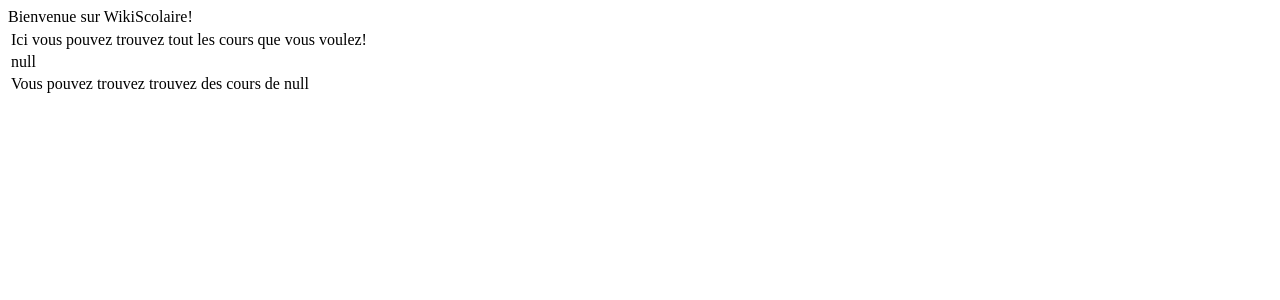
Repository: AntoAnt/WikiScolaire-
Page: http://localhost/InterfaceWikiScolair/accueil.jsp
An editor plug-in stored every save of this project. The page is shown before and after the next save, followed by the edit.
The browser window is 1280 px wide. The pictures show the whole page.
The page is served by Tomcat 9.

Above is the page before, as saved 2017-04-20 12:30:29.

After the next save:
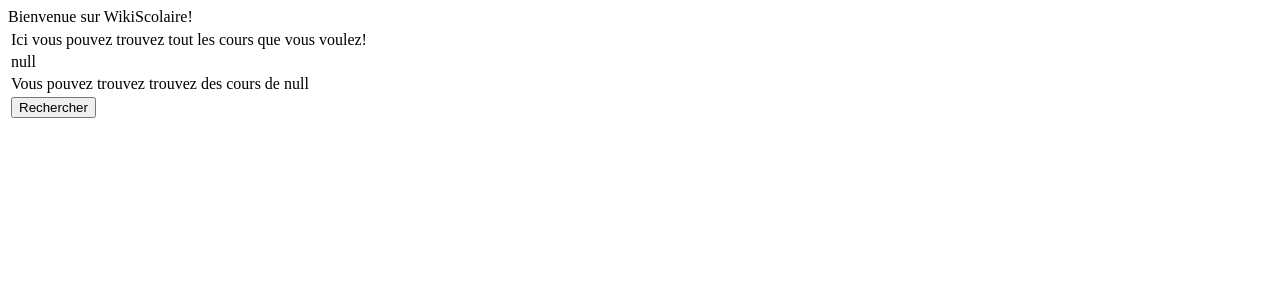
Saved 3 min 24 s later.
--- a/InterfaceWikiScolair/WebContent/accueil.jsp
+++ b/InterfaceWikiScolair/WebContent/accueil.jsp
@@ -12,6 +12,7 @@
 	<tr><td>Ici vous pouvez trouvez tout les cours que vous voulez!</td></tr>
 	<tr><td><%out.println(session.getAttribute("login"));%></td></tr>
 	<tr><td>Vous pouvez trouvez trouvez des cours de <%out.println(session.getAttribute("niv"));%> </td></tr>
+	<tr><td><a href ="recherche.jsp"><input type = "button" name="Recherche_cours" value="Rechercher"></a>
 </table>
 
 
